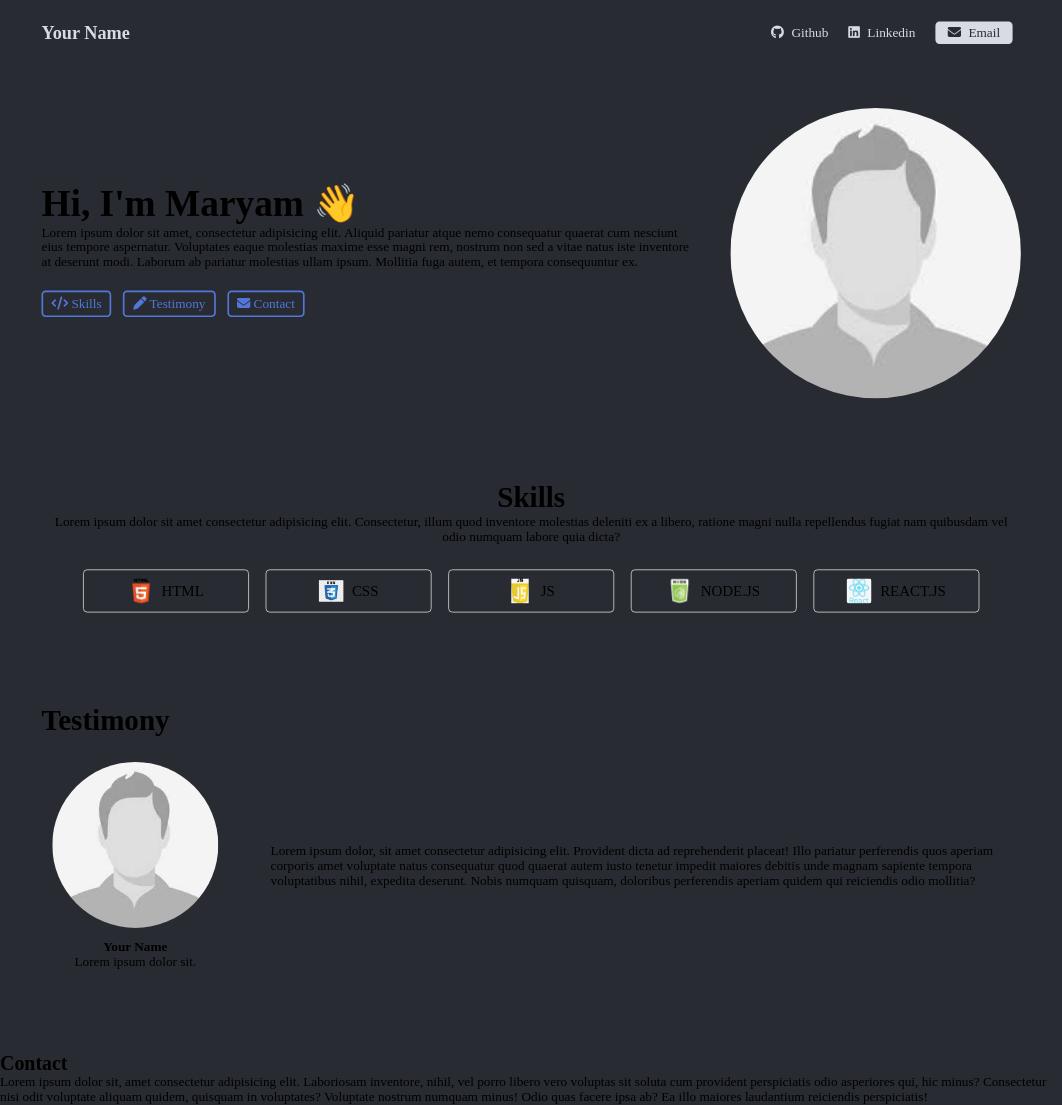
Repository: MaramMaryam/my-portfolio-test
Page: index.html
These files come from the project's save history. The page is drawn as it stood at one moment and after a run of saves; the edit follows.
The browser window is 1280 px wide. The pictures show the whole page, at 83% of full size.
Some web libraries are served in a nearby version.

Above is the page before, as saved 2024-09-20 19:22:28.

After the next 4 saves:
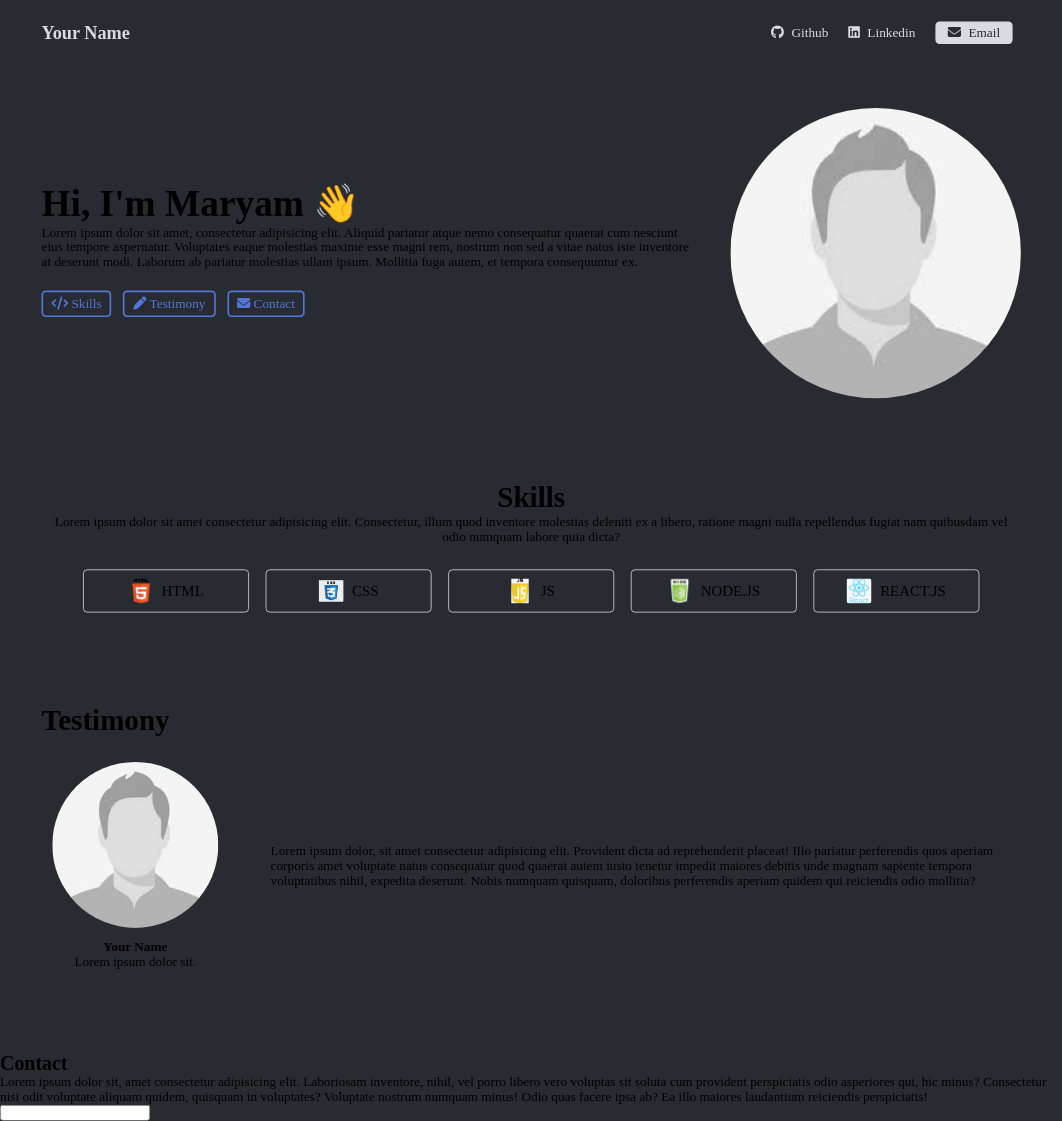
The 4 saves are shown as one change because they came seconds apart.
The last was saved 10 s later.
--- a/index.html
+++ b/index.html
@@ -138,6 +138,9 @@
                     quas facere ipsa ab? Ea illo maiores laudantium reiciendis perspiciatis!
                 </div>
 
+                <form action="">
+                    <input type="text">
+                </form>
             </div>
         </section>
     </main>
